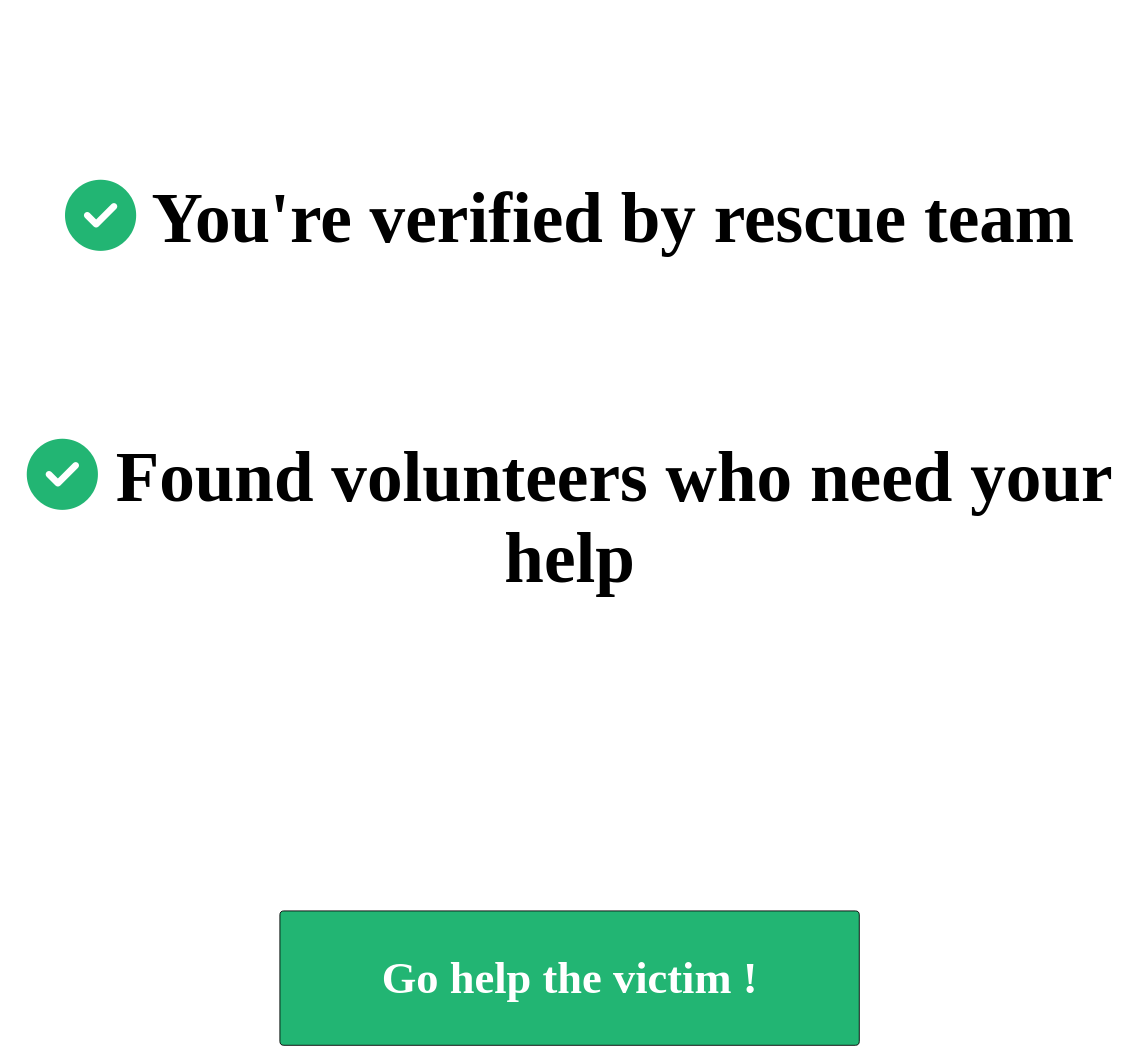
Repository: KittichoteKamalapirat/EMS-management-system
Page: approve.html
The author's editor kept a record of every edit. The page is drawn from the files as they stood at one moment, then again after the next edit.
The browser window is 1280 px wide. The pictures show the whole page, at 89% of full size.
Some web libraries are served in a nearby version.

Above is the page before.

After the next edit:
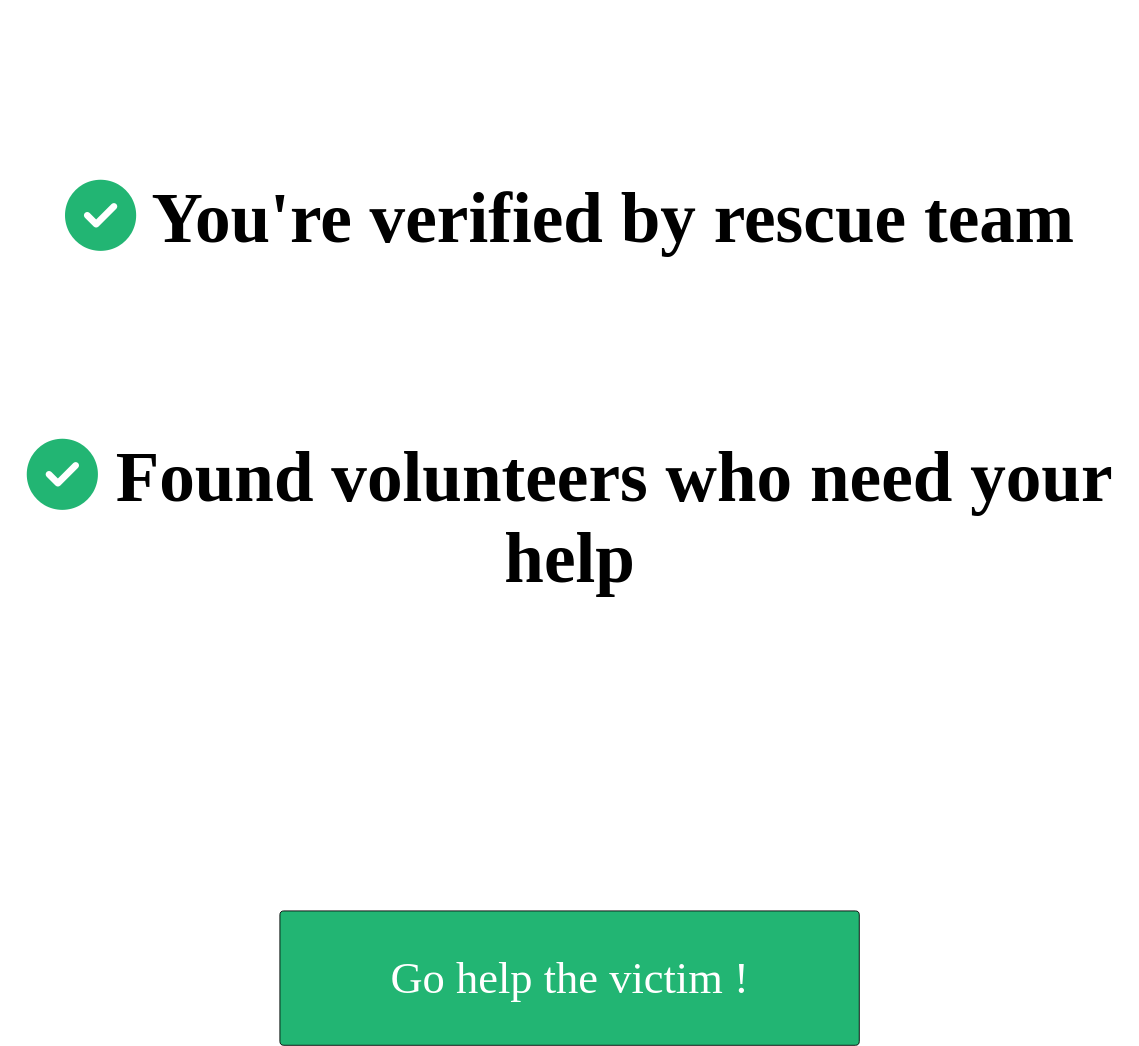
The edit:
--- a/approve.html
+++ b/approve.html
@@ -12,7 +12,7 @@
         <div class = "thanks">
             <!--<i class="fa fa-check-circle fa-3x " ></i>-->
         </div>
-        <h3 class="go" href="/map">Go help the victim ! </h3>
+        <a class="go" href="/map">Go help the victim ! </a>
     </div>
 
 </body>
